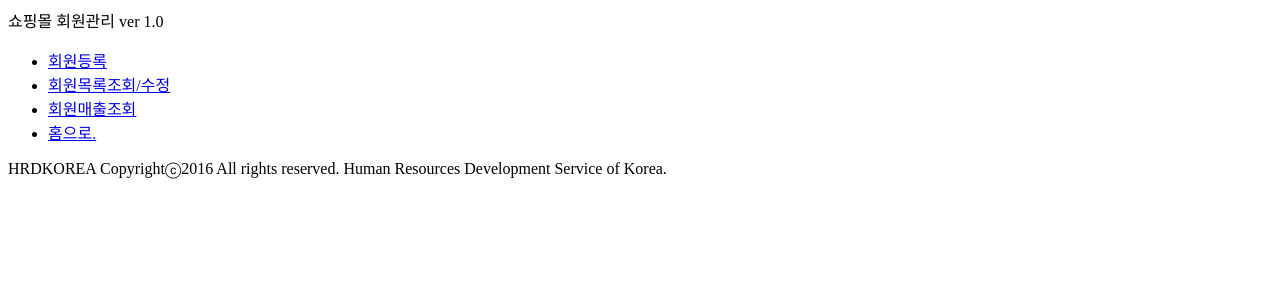
Repository: eunbiro/HRD_1234
Page: http://localhost/HRD_1234/list
The author's editor kept a copy of each file at every save. The page is drawn from the files as they stood at one save, then again after the next save.
The browser window is 1280 px wide. The pictures show the whole page.
The page is served by Tomcat 9. Queries for data that is not in the repository find no rows.

Above is the page before, as saved 2022-12-20 05:24:54.

After the next save:
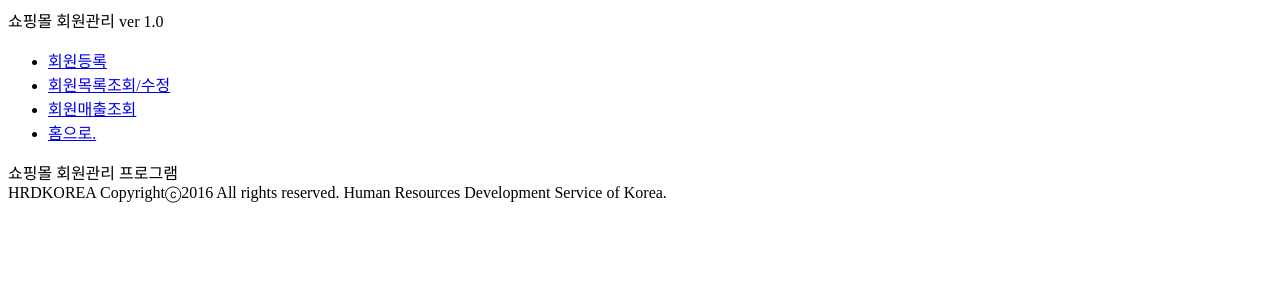
Saved 46 s later.
--- a/HRD_1234/src/main/webapp/list.jsp
+++ b/HRD_1234/src/main/webapp/list.jsp
@@ -8,7 +8,12 @@
 </head>
 <body>
 	<%@ include file="topmenu.jsp" %>
+	<section>
+		<div class="title">쇼핑몰 회원관리 프로그램</div>
+		<div class="wrapper">
 
+		</div>
+	</section>
 	<%@ include file="footer.jsp" %>
 </body>
 </html>
